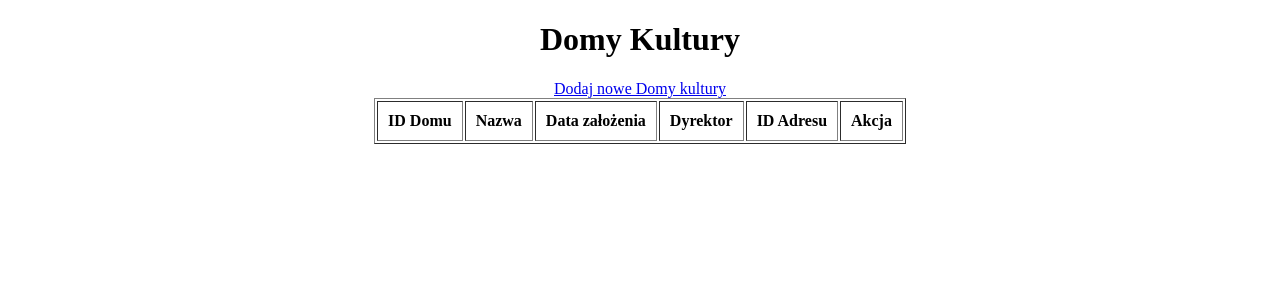
Repository: marcinRuta/houseOfCulture-crud-webapp-database
Page: http://localhost/domy_kultury
An editor plug-in stored every save of this project. The page is shown before and after the next save, followed by the edit.
The browser window is 1280 px wide. The pictures show the whole page.
The page is this project's Thymeleaf template; nobody is signed in. The template is opened directly, without the code that normally fills it, so the values that code supplies are empty.

Above is the page before, as saved 2020-12-29 17:38:34.

After the next save:
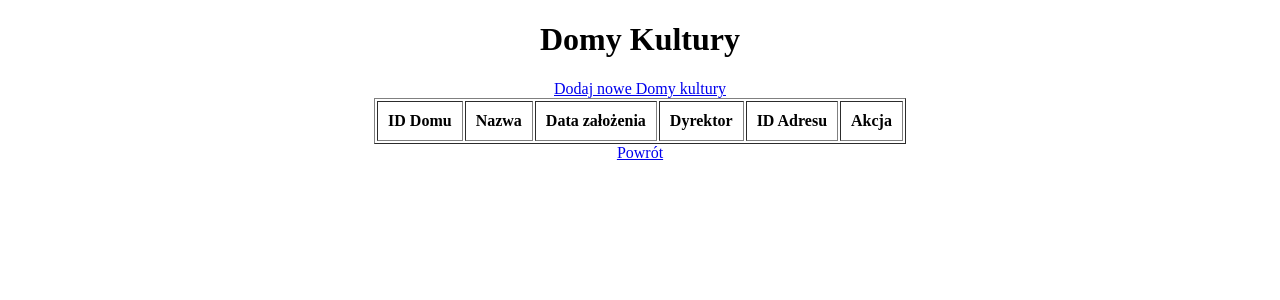
Saved 26 s later.
--- a/DomKultury/src/main/resources/templates/domy_kultury.html
+++ b/DomKultury/src/main/resources/templates/domy_kultury.html
@@ -41,6 +41,9 @@
 			</tbody>
 		</table>
 
+			<!-- EXIT -->
+			<a href="/">Powrót</a>
+
 	</div>
 </body>
 </html>
